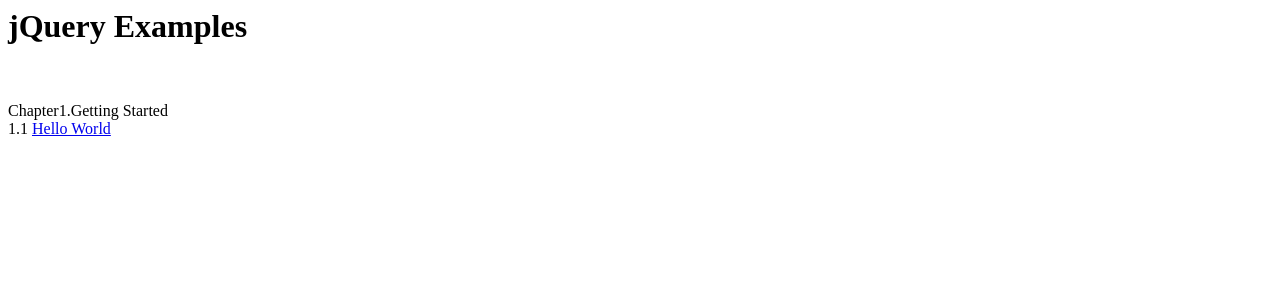
Repository: sudheerj/jQuery
Page: jQueryExamples/chapter01/index.html
These files come from the project's save history. The page is drawn as it stood at one moment and after the next save; the edit follows.
The browser window is 1280 px wide. The pictures show the whole page.

Above is the page before, as saved 2016-10-20 02:56:50.

### jQueryExamples/chapter01/index.html
<h1>jQuery Examples</h1><br /><br />

Chapter1.Getting Started<br />
      1.1 <a href="HelloWorld.html" >Hello World</a>

After the next save:
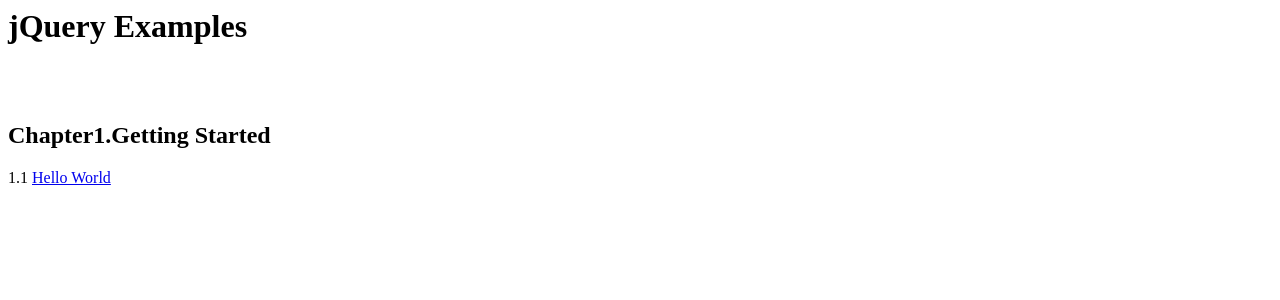
Saved 19 s later.
--- a/jQueryExamples/chapter01/index.html
+++ b/jQueryExamples/chapter01/index.html
@@ -1,4 +1,4 @@
 <h1>jQuery Examples</h1><br /><br />
 
-Chapter1.Getting Started<br />
+<h2>Chapter1.Getting Started<br /></h2>
       1.1 <a href="HelloWorld.html" >Hello World</a>
